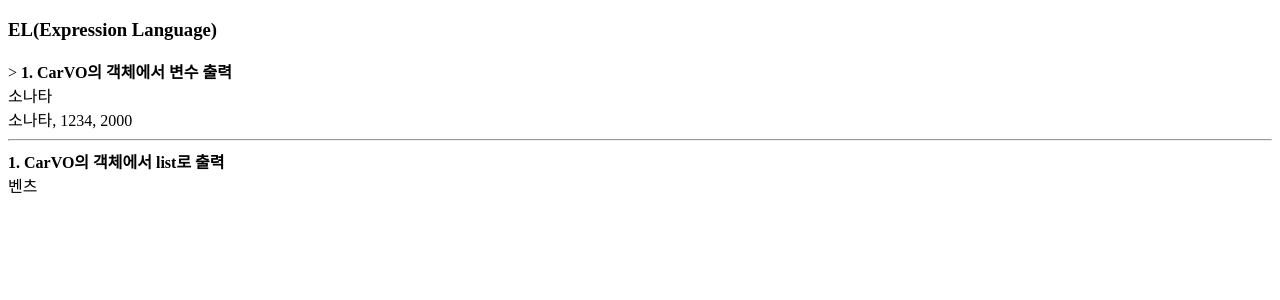
Repository: novemberjj/jsp
Page: http://localhost/jstl_study/step1.jsp
An editor plug-in stored every save of this project. The page is shown before and after the next save, followed by the edit.
The browser window is 1280 px wide. The pictures show the whole page.
The page is served by Tomcat 9.

Above is the page before, as saved 2023-05-09 05:51:55.

After the next save:
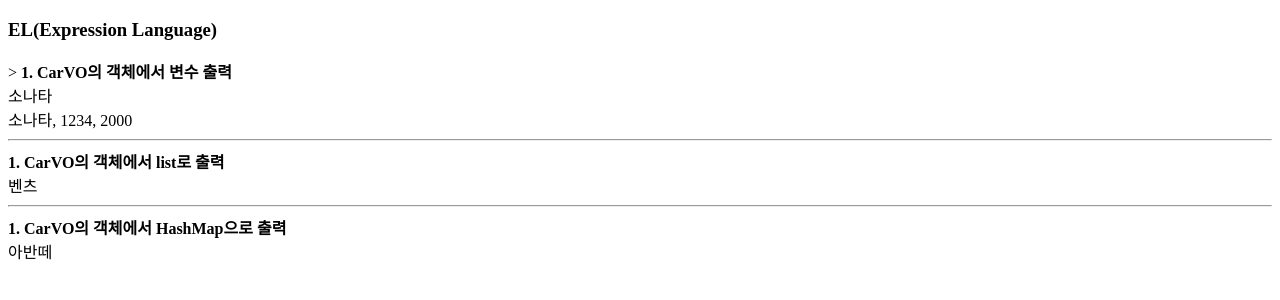
Saved 16 min 16 s later.
--- a/jstl_project/jstl_study/src/main/webapp/step1.jsp
+++ b/jstl_project/jstl_study/src/main/webapp/step1.jsp
@@ -1,3 +1,4 @@
+<%@page import="java.util.HashMap"%>
 <%@page import="java.util.ArrayList"%>
 <%@ page import="model.CarVO" %>
 <%@ page language="java" contentType="text/html; charset=UTF-8"
@@ -35,5 +36,15 @@
 	%>
 	<strong>1. CarVO의 객체에서 list로 출력</strong><br>
 	${sessionScope.carList[0].name}<br>
+	<hr>
+	<!-- 해쉬맵으로 변수 출력 -->
+	<%
+	HashMap<String,CarVO>map= new HashMap<>();
+	map.put("car1",new CarVO("7894","아반떼",2000));
+	session.setAttribute("car1",map.get("car1"));
+	%>
+	<strong>1. CarVO의 객체에서 HashMap으로 출력</strong><br>
+	${sessionScope.car1.name}<br>
+
 </body>
 </html>
